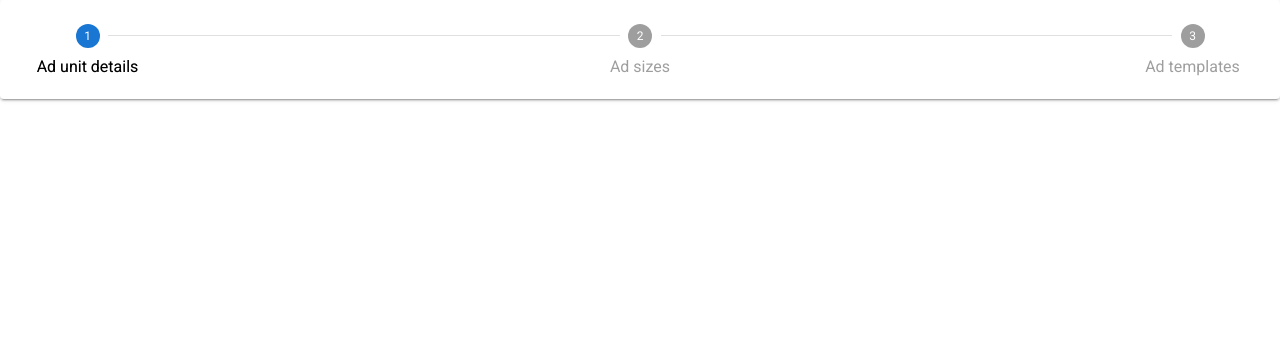
Repository: SidneyHodieb/myc
Page: /addsource
An editor plug-in stored every save of this project. The page is shown before and after the next save, followed by the edit.
The browser window is 1280 px wide. The pictures show the whole page.
An inner scrolling area shows only its first screen. The project was rebuilt for these pictures with package versions that can differ from the ones it lists, and the page was loaded fresh each time. Also part of the build but not shown: vue.config.js, src/views/Home.vue, src/views/addSource/components/format.vue, src/views/addSource/components/card.vue, src/views/addSource/components/trigger.vue.

Above is the page before, as saved 2021-04-03 17:28:29.

### src/App.vue
<template>
  <v-app>
    <v-main>
      <router-view></router-view>
    </v-main>
  </v-app>
</template>

<script>

export default {
  name: 'App',
  data: () => ({
    //
  }),
};
</script>

### src/router/index.js
import Vue from 'vue'
import VueRouter from 'vue-router'
import Home from '../views/Home.vue'
import addSource from '../views/addSource/column'
import format from '../views/addSource/components/format'
import card from '../views/addSource/components/card'
import trigger from '../views/addSource/components/trigger'

Vue.use(VueRouter)

const routes = [
  {
    path: '/',
    name: 'Home',
    component: Home
  },
  {
    path: '/addsource',
    name: 'addSource',
    component: addSource,
    children: [
      {
        path: 'format',
        component: format
      },
      {
        path: 'card',
        component: card
      },
      {
        path: 'trigger',
        component: trigger
      }
    ]
  },
  {
    path: '/about',
    name: 'About',
    // route level code-splitting
    // this generates a separate chunk (about.[hash].js) for this route
    // which is lazy-loaded when the route is visited.
    component: function () {
      return import(/* webpackChunkName: "about" */ '../views/About.vue')
    }
  }
]

const router = new VueRouter({
  mode: 'history',
  base: process.env.BASE_URL,
  routes
})

export default router

### src/views/addSource/column.vue
<template>
  <div>
      <v-stepper alt-labels>
          <v-stepper-header>
            <v-stepper-step step="1">
              Ad unit details
            </v-stepper-step>

            <v-divider></v-divider>

            <v-stepper-step step="2">
              Ad sizes
            </v-stepper-step>

            <v-divider></v-divider>

            <v-stepper-step step="3">
              Ad templates
            </v-stepper-step>
          </v-stepper-header>
        </v-stepper>
  </div>
</template>

<script>
export default {

}
</script>

<style>

</style>

Loaded but not shown: public/index.html (common file); src/main.js (common file); src/store/index.js (common file); src/plugins/vuetify.js (common file)

After the next save:
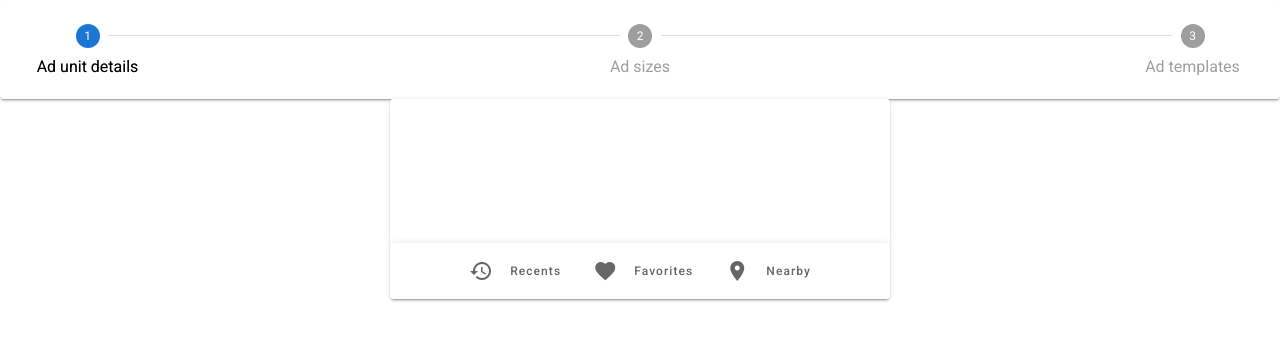
Saved 44 s later.
--- a/src/views/addSource/column.vue
+++ b/src/views/addSource/column.vue
@@ -1,5 +1,6 @@
 <template>
   <div>
+    <!-- Header -->
       <v-stepper alt-labels>
           <v-stepper-header>
             <v-stepper-step step="1">
@@ -19,6 +20,48 @@
             </v-stepper-step>
           </v-stepper-header>
         </v-stepper>
+
+        <!--Footer  -->
+        <v-card
+    class="mx-auto overflow-hidden"
+    height="200"
+    max-width="500"
+  >
+    <v-bottom-navigation
+      absolute
+      color="white"
+      hide-on-scroll
+      horizontal
+      scroll-target="#scroll-threshold-example"
+      scroll-threshold="500"
+    >
+      <v-btn>
+        <span>Recents</span>
+
+        <v-icon>mdi-history</v-icon>
+      </v-btn>
+
+      <v-btn>
+        <span>Favorites</span>
+
+        <v-icon>mdi-heart</v-icon>
+      </v-btn>
+
+      <v-btn>
+        <span>Nearby</span>
+
+        <v-icon>mdi-map-marker</v-icon>
+      </v-btn>
+    </v-bottom-navigation>
+
+    <v-sheet
+      id="scroll-threshold-example"
+      class="overflow-y-auto pb-16"
+      max-height="600"
+    >
+      <v-responsive height="1500"></v-responsive>
+    </v-sheet>
+  </v-card>
   </div>
 </template>
 
